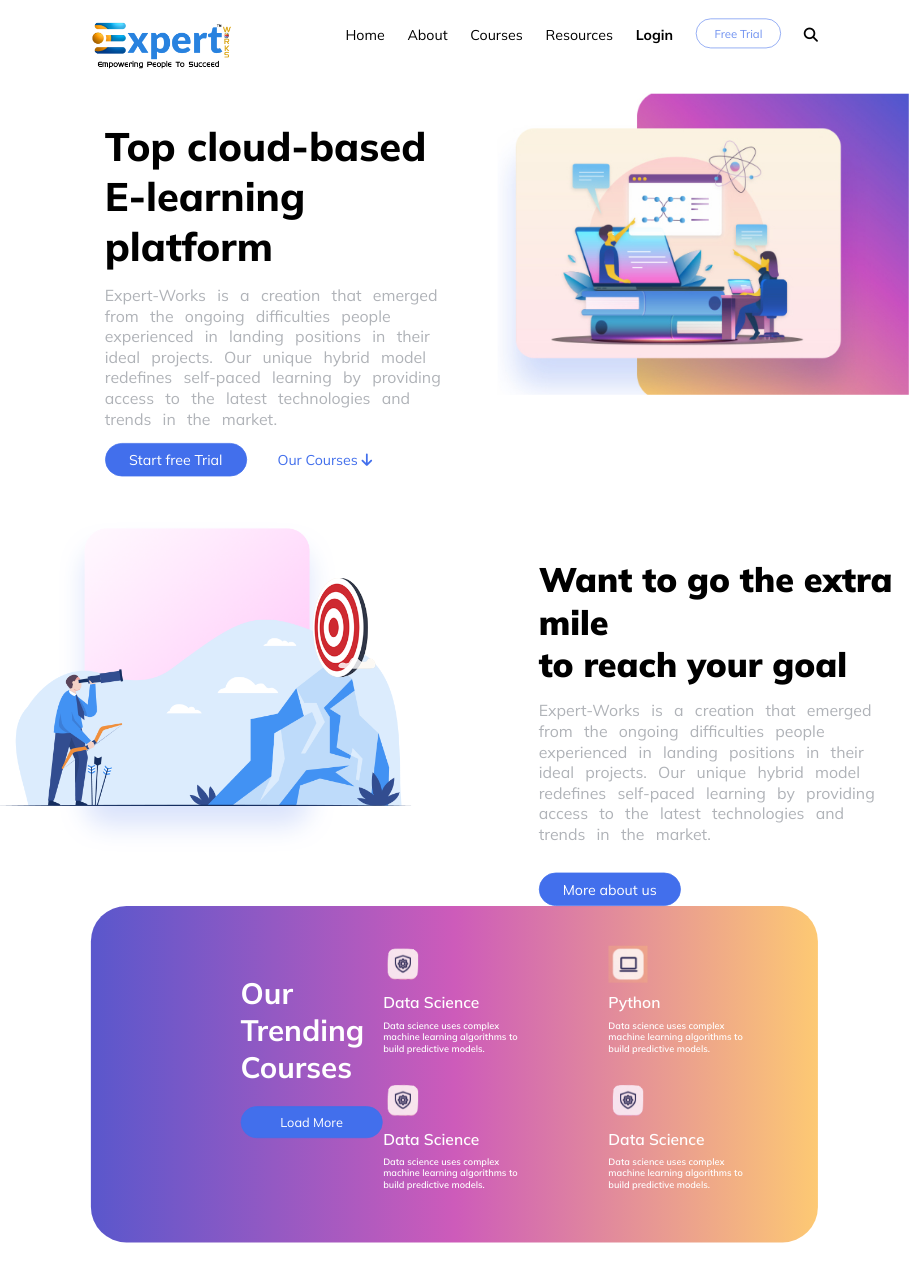
Repository: FlyweisReact/Raghu-B2C
Page: /homePage
The author's editor kept a copy of each file at every save. The page is drawn from the files as they stood at one save, then again after a run of saves.
The browser window is 1280 px wide. The pictures show the whole page, at 71% of full size.
Some web libraries are served in a nearby version. The project was rebuilt for these pictures with package versions that can differ from the ones it lists, and the page was loaded fresh each time. Also part of the build but not shown: src/Footer/footer.scss, src/Footer/Footer.jsx, src/component/pages/courses/course.scss, src/component/Navbar/nav.scss, src/component/Navbar/Nav.jsx, src/component/navigation/NavItems.js, src/component/navigation/Dropdown.css, src/component/navigation/Dropdown.js and 43 more.

Above is the page before, as saved 2023-02-03 16:23:32.

After the next 2 saves:
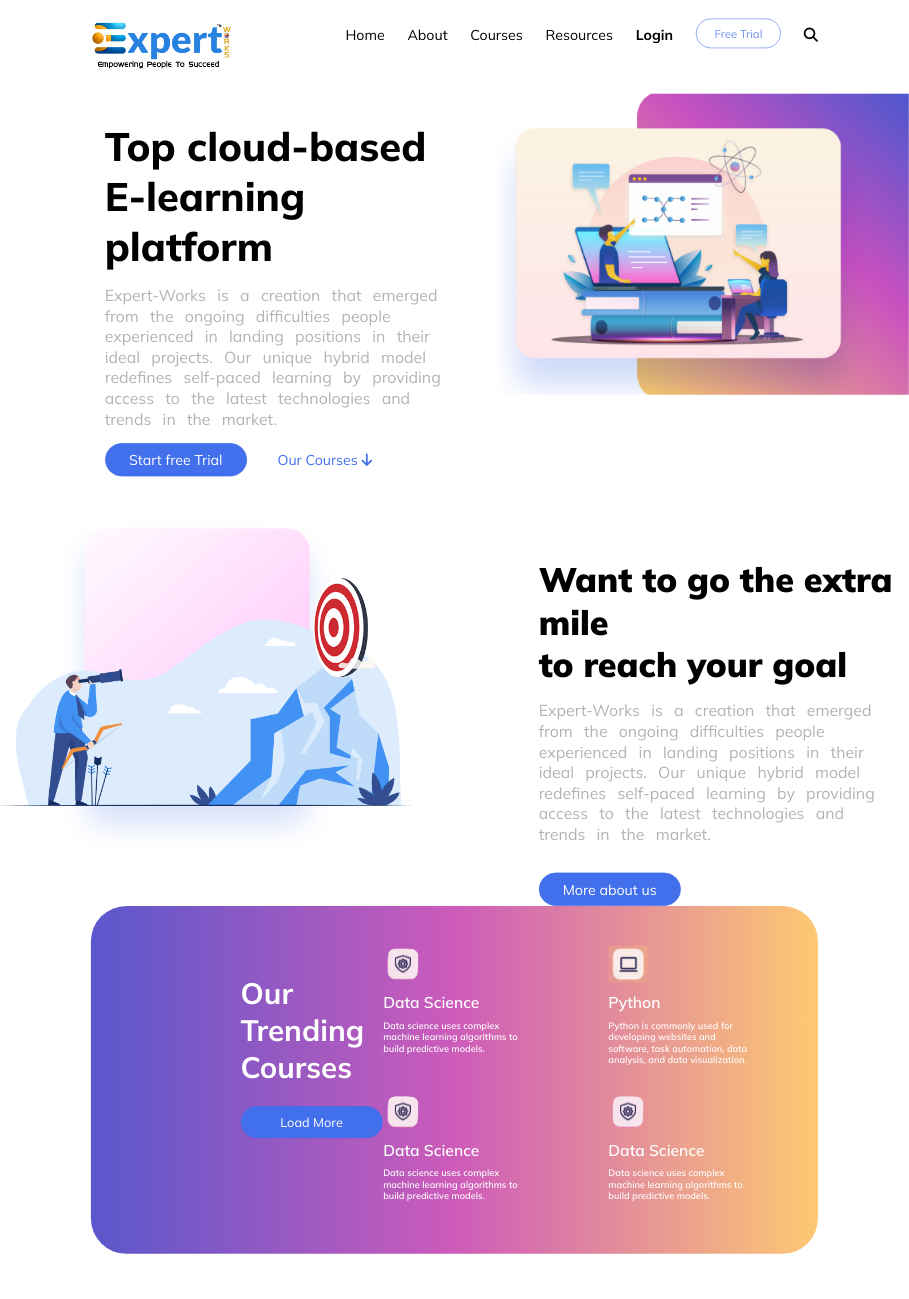
The 2 saves are shown as one change because they came seconds apart.
The last was saved 6 s later.
--- a/src/HomePage.js
+++ b/src/HomePage.js
@@ -148,7 +148,7 @@ const HomePage = () => {
                 <div>
                     <img src={img5} alt='' />
                     <p className="head">Python</p>
-                    <p className="desc">Data science uses complex machine learning algorithms to build predictive models.</p>
+                    <p className="desc">Python is commonly used for developing websites and software, task automation, data analysis, and data visualization.</p>
                 </div>
             </div>
             <div className="group">
